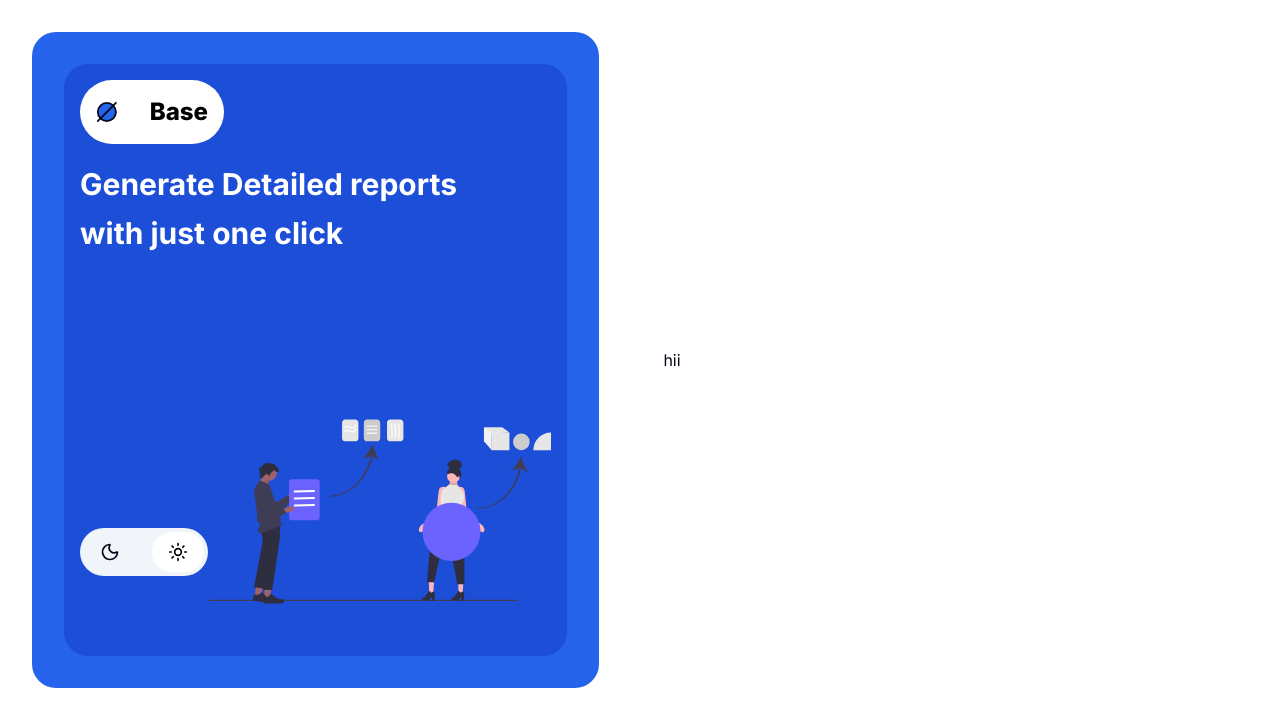
Repository: Hardyy00/openinapp_assignment
Page: /
These files come from the project's save history. The page is drawn as it stood at one moment and after the next save; the edit follows.
The browser window is 1280 px wide. The pictures show the whole page.
The project was rebuilt for these pictures with package versions that can differ from the ones it lists, and the page was loaded fresh each time. The framework's server and built-in components were replaced by stand-ins that run in the browser. Also part of the build but not shown: next.config.mjs.

Above is the page before, as saved 2024-08-23 16:04:46.

After the next save:
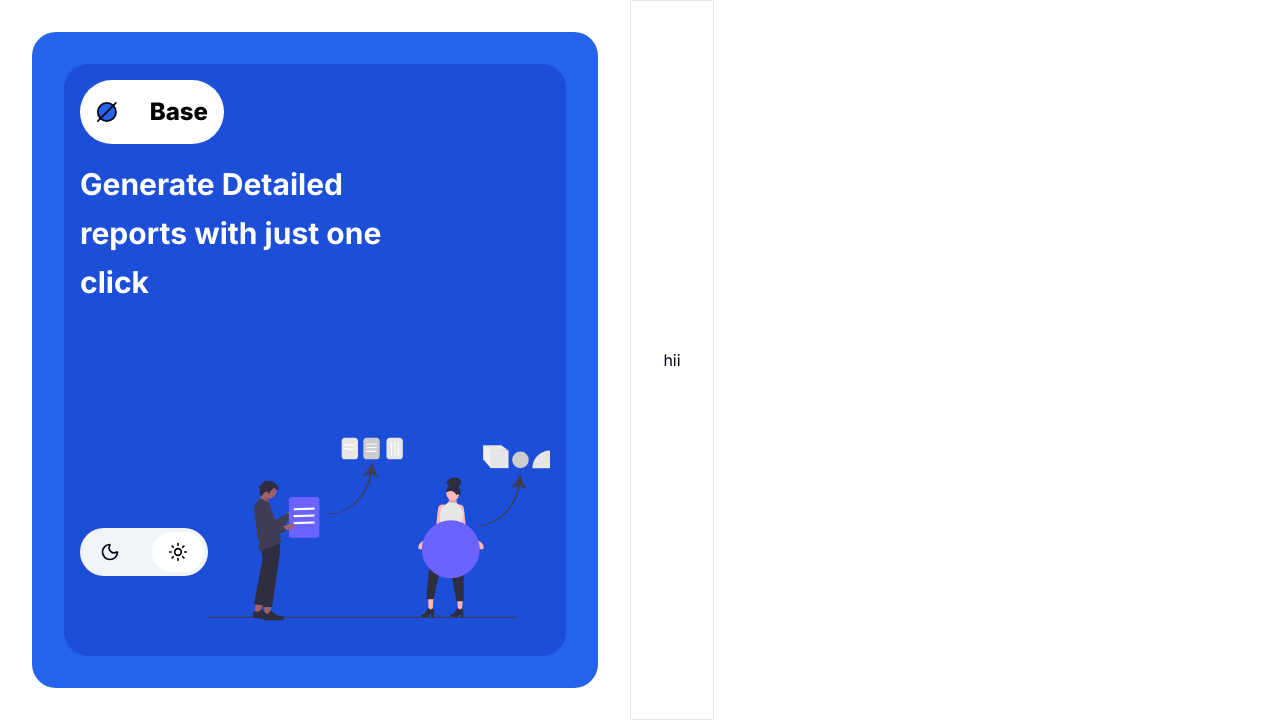
Saved 8 s later.
--- a/app/(auth)/page.tsx
+++ b/app/(auth)/page.tsx
@@ -1,6 +1,6 @@
 export default function Page() {
   return (
-    <div className="h-full p-8">
+    <div className="h-full p-8 border">
       <div className="h-full flex items-center justify-center">
         <div>hii</div>
       </div>
